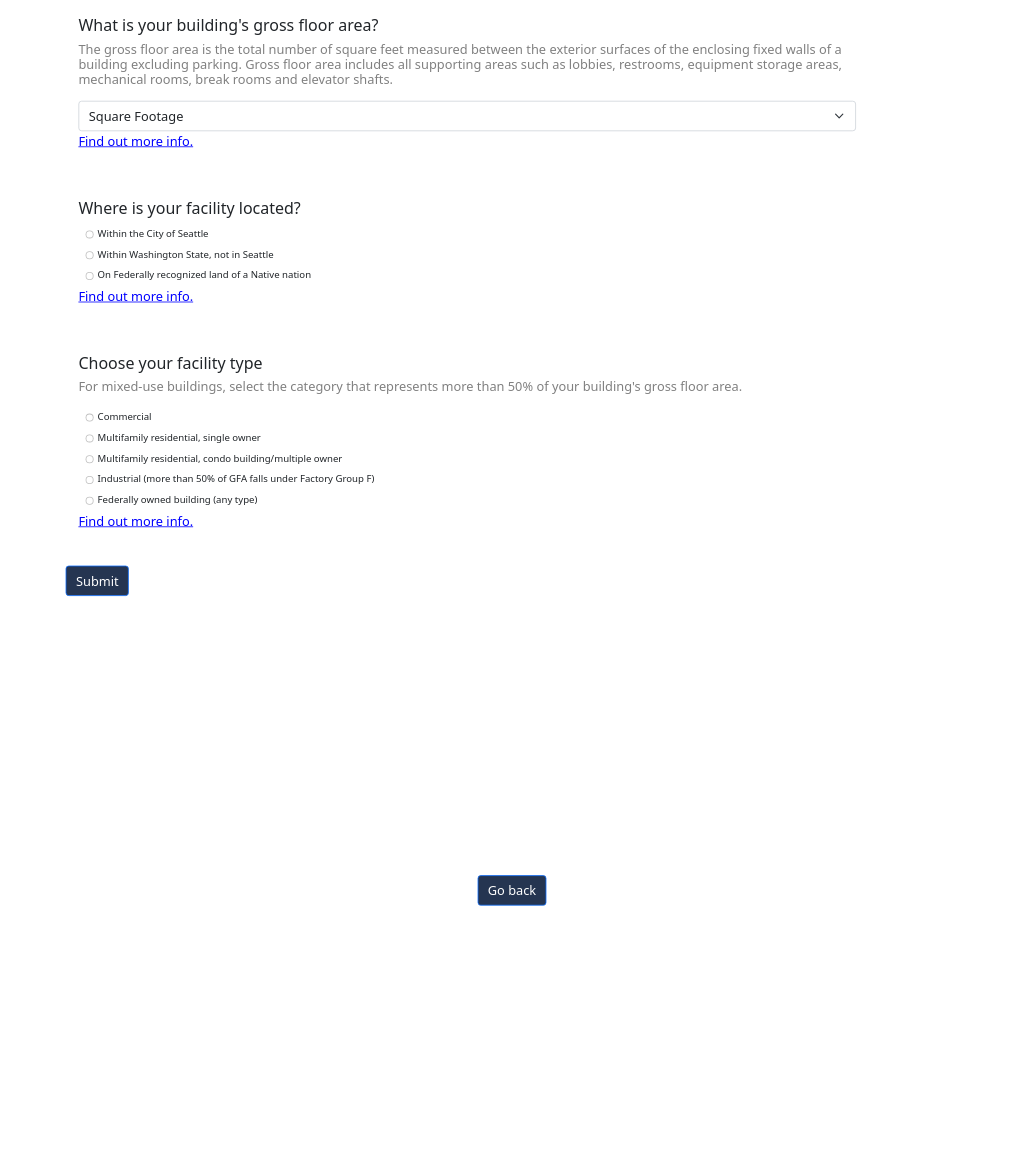
Repository: ChaidGPT/SershonSystemsQuiz
Page: index.html
An editor plug-in stored every save of this project. The page is shown before and after the next save, followed by the edit.
The browser window is 1280 px wide. The pictures show the whole page, at 80% of full size.

Above is the page before, as saved 2023-07-10 09:33:56.

After the next save:
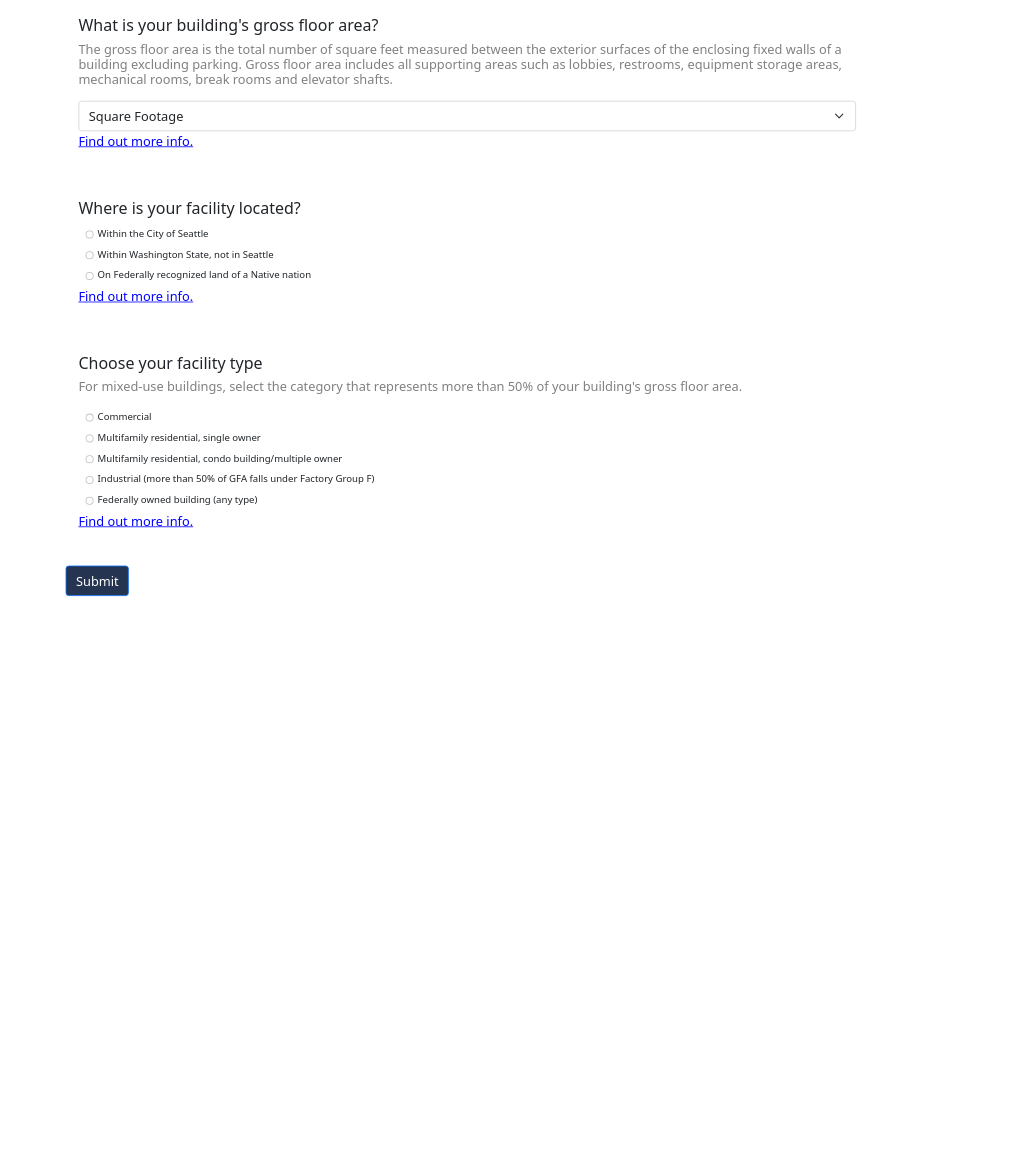
Saved 112 s later.
--- a/index.html
+++ b/index.html
@@ -135,12 +135,11 @@
 		<button id="submitBtn" type="submit" class="btn btn-primary">Submit</button>
 	</div>
 
-	<div id="resultContainer" class="container d-flex align-items-center justify-content-center" style="height: 100vh; display: none;">
-    <div class="text-center">
-      <p id="resultMessage" class="fade"></p>
-      <button id="goBackBtn" type="submit" class="btn btn-primary">Go back</button>
-    </div>
-  </div>
+	<div id="resultContainer" class="container d-flex align-items-center justify-content-center fade" style="height: 100vh; display: none;">
+		<div class="text-center">
+		  <p id="resultMessage"></p>
+		</div>
+	  </div>
 
 	<script src="https://cdn.jsdelivr.net/npm/bootstrap@5.0.2/dist/js/bootstrap.bundle.min.js"></script>
 	<script>
